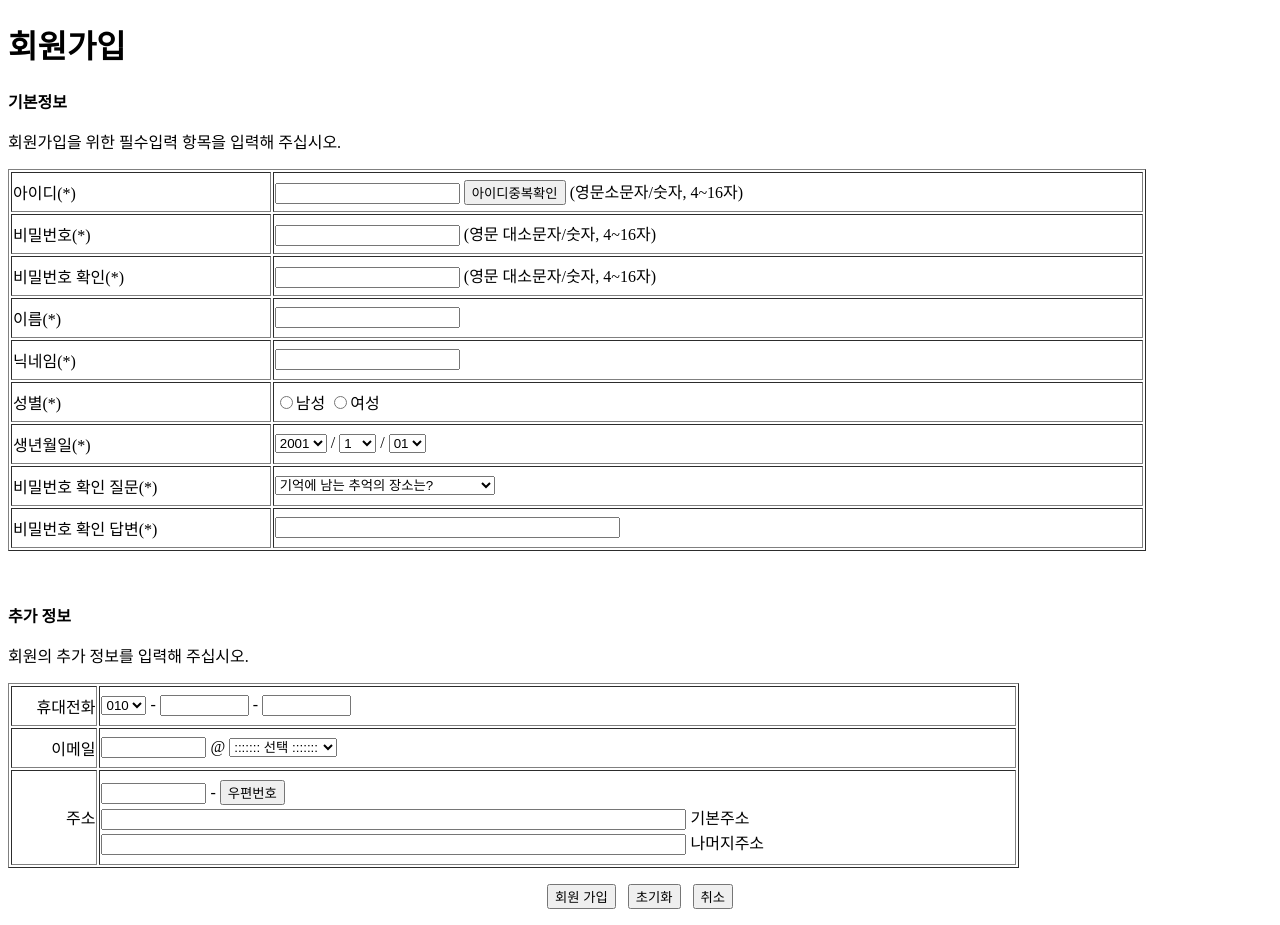
Repository: Leewonhoo/kostaweb
Page: http://localhost/FirstProject/Register.jsp
The author's editor kept a copy of each file at every save. The page is drawn from the files as they stood at one save, then again after the next save.
The browser window is 1280 px wide. The pictures show the whole page.
The page is served by Tomcat 9.

Above is the page before, as saved 2017-09-14 06:48:47.

After the next save:
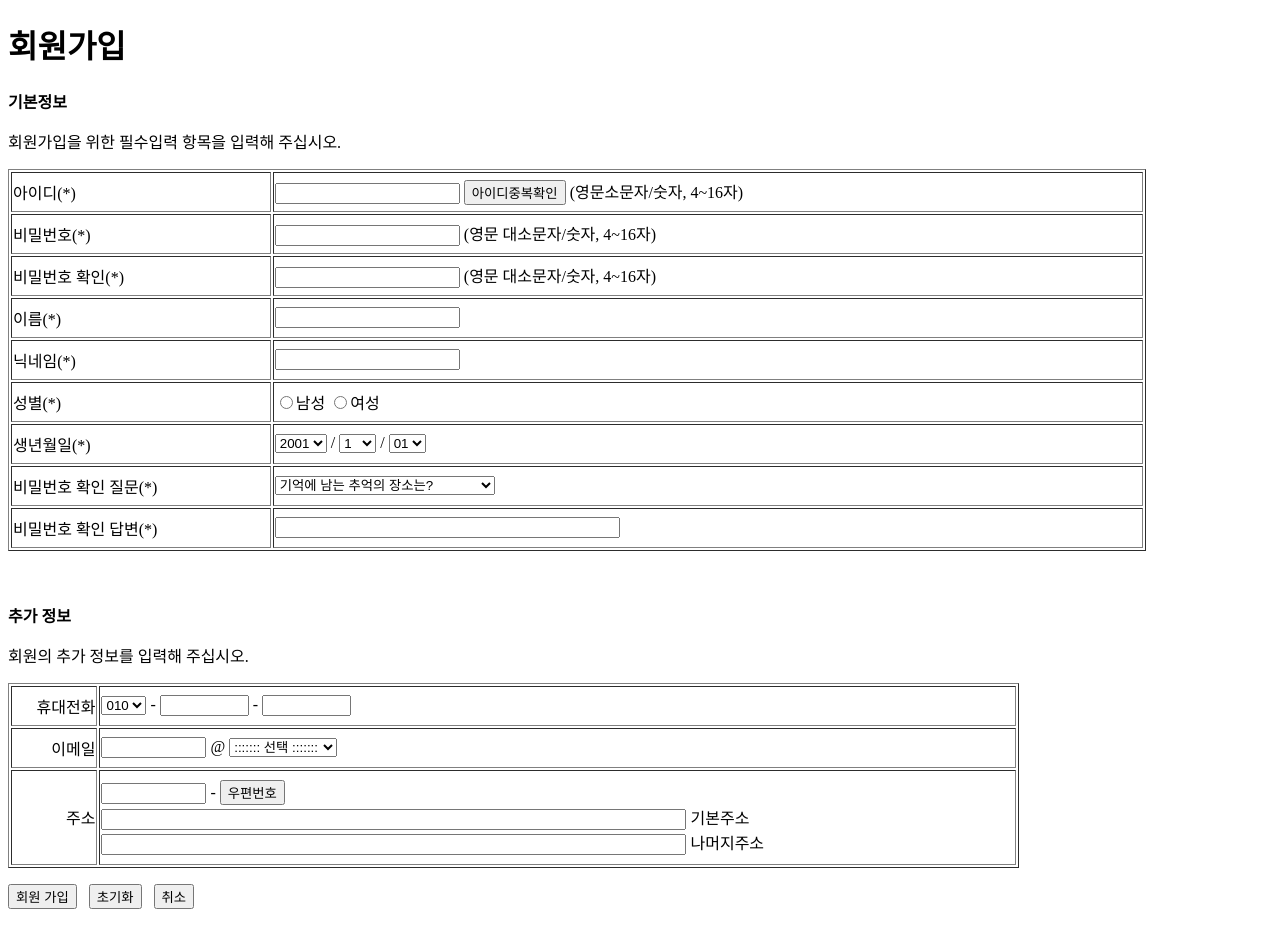
Saved 117 s later.
--- a/FirstProject/WebContent/Register.jsp
+++ b/FirstProject/WebContent/Register.jsp
@@ -192,7 +192,7 @@
 				 <input type="text" size="70"> 나머지주소</td>
 			</tr>
 		</table>
-		<p align="center">
+		<p>
 				<input type="submit" value="회원 가입">
 				<span>&nbsp;</span>
 				<input type="reset" value="초기화">
